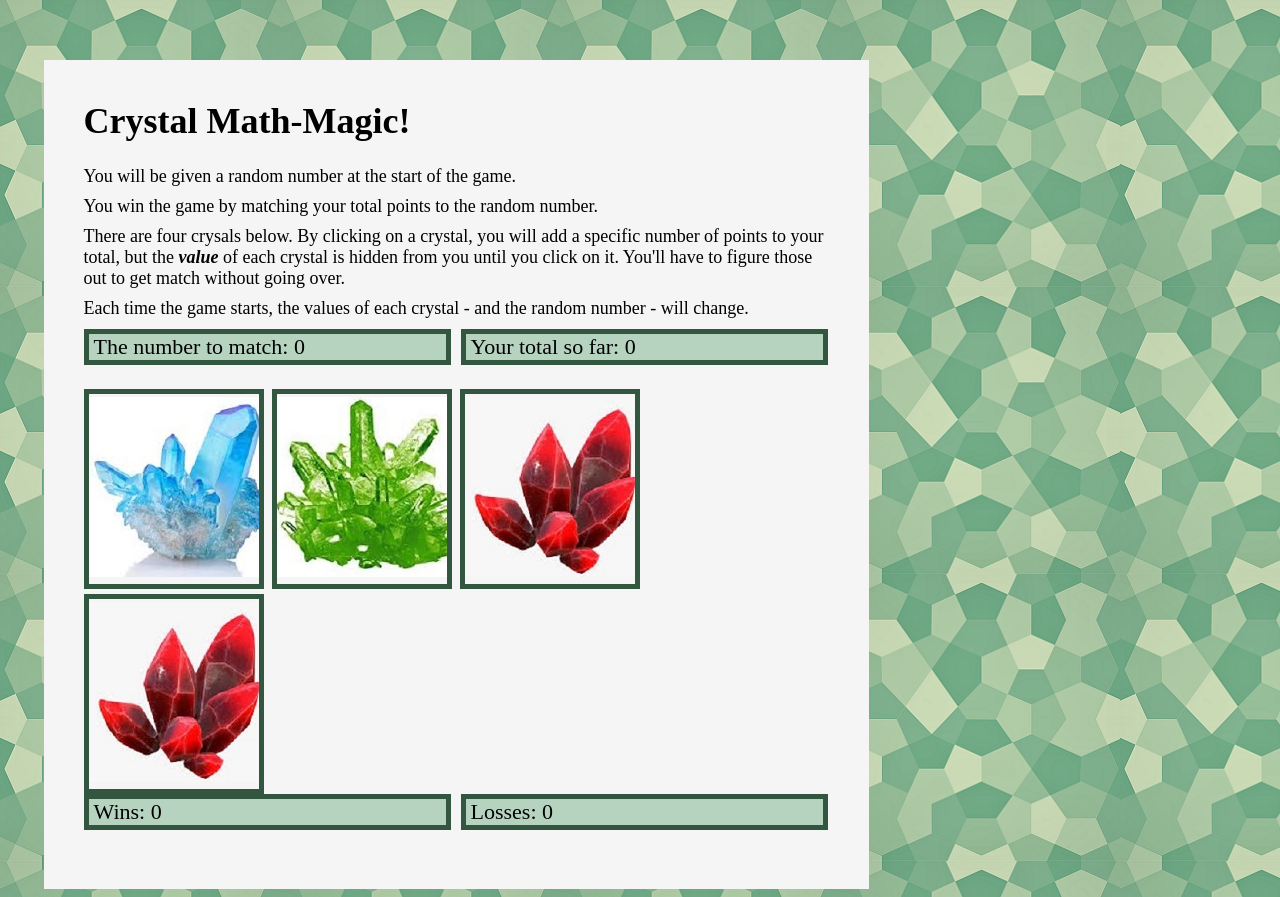
Repository: dsaftler/unit-4-game
Page: index.html
The author's editor kept a copy of each file at every save. The page is drawn from the files as they stood at one save, then again after the next save.
The browser window is 1280 px wide. The pictures show the whole page.
Some web fonts or font styles are not loaded; a fallback is used.

Above is the page before, as saved 2019-04-01 23:56:54.

### index.html
<!DOCTYPE html>
<html lang="en">
<head>
  <meta charset="UTF-8">
  <meta name="viewport" content="width=device-width, initial-scale=1.0">
  <meta http-equiv="X-UA-Compatible" content="ie=edge">
  <link rel="stylesheet" href="assets/css/reset.css">
  <link rel="stylesheet" href="assets/css/style.css">
  <link href="https://fonts.googleapis.com/css?family=BioRhyme" rel="stylesheet">

  <title>Puzzle Crystal matching</title>
</head>
<body>
<div class="container">
  <h1>Crystal Math-Magic!</h1>
  <div class="instructions">
  <p>You will be given a random number at the start of the game.</p>
  <p>You win the game by matching your total points to the random number.</p>
  <p>There are four crysals below.  By clicking on a crystal, you will add a specific number of points to your total, but the <strong><em>value</em></strong> of each crystal is hidden from you until you click on it.  You'll have to figure those out to get match without going over. </p>

  <p>Each time the game starts, the values of each crystal - and the random number - will change.</p>
  </div>

  <div class="scoring-area">
    <div class="half first bordergreen" id="randomTarget">The number to match: 0</div>
    <div class="half second bordergreen" id="currentTotal">Your total so far: 0</div>
  </div>
  <div class="crystal-set">
    <div class="crystal bordergreen clearfix" id="crystal_1"><img src="assets/images/crystal_1.jpg"></div>
    <div class="crystal bordergreen clearfix" id="crystal_2"><img src="assets/images/crystal_2.jpg"></div>
    <div class="crystal bordergreen clearfix" id="crystal_3"><img src="assets/images/crystal_3.jpg"></div>
    <div class="crystal bordergreen clearfix" id="crystal_4"><img src="assets/images/crystal_4.jpg"></div>
  </div>
  <div class="scoring-area">
    <div class="half first bordergreen" id="Wins">Wins: 0</div>
    <div class="half second bordergreen" id="Losses">Losses: 0</div>
  </div>
</div>
    <script src="https://ajax.googleapis.com/ajax/libs/jquery/3.3.1/jquery.min.js"></script>

</body>
</html>

### assets/css/style.css
* {
  box-sizing: border-box;
}
body {
height: 100%;
background-image: url("../images/congruent_pentagon.png");
background-repeat: repeat;
width: 70%;
font-family: 'BioRhyme',serif;
font-size: 18px;
}

h1 {margin-top: 0px;}
p {
  margin-top: 0em;
  margin-bottom: 0.5em;
}
.container{
  background-color: whitesmoke;
  width: 825px;
  padding: 40px;
  margin: auto;
  margin-top: 60px;
  align-content: center;



}
/* .instructions{
  width: 765px;
} */
.scoring-area{
  clear:both;
  /* width:760px; */
  height: 35px;
  margin-bottom: 20px;
  margin-top:10px;
}
.half{
  float: left;
  width: 367px;
  background-color: rgb(182,211,192);
  font-size: 22px;
  padding-left: 5px;

}
.bordergreen {
  border: 5px solid rgb(50, 86, 63)
}
.first {margin-right: 4px;}
.second {margin-left: 6px;}
/* #randomTarget {color: teal;}
#currentTotal {color: teal;} */
.crystal-set{
  /* background-color: #ffffff; */
  height: 230px;
  /* width: 760px; */
  /* padding: 5px; */
  /* padding-left:8px; */
}
.crystal{
  display: block;
  align-content: center;
  float: left;
  height: 200px;
  width: 180px;
  margin-right: 8px;
  margin-right: 8px;
  margin-top: 5px;
}
.clearfix {
  overflow: hidden;
}

Loaded but not shown: assets/css/reset.css (no stored copy; drawn as an empty file)

After the next save:
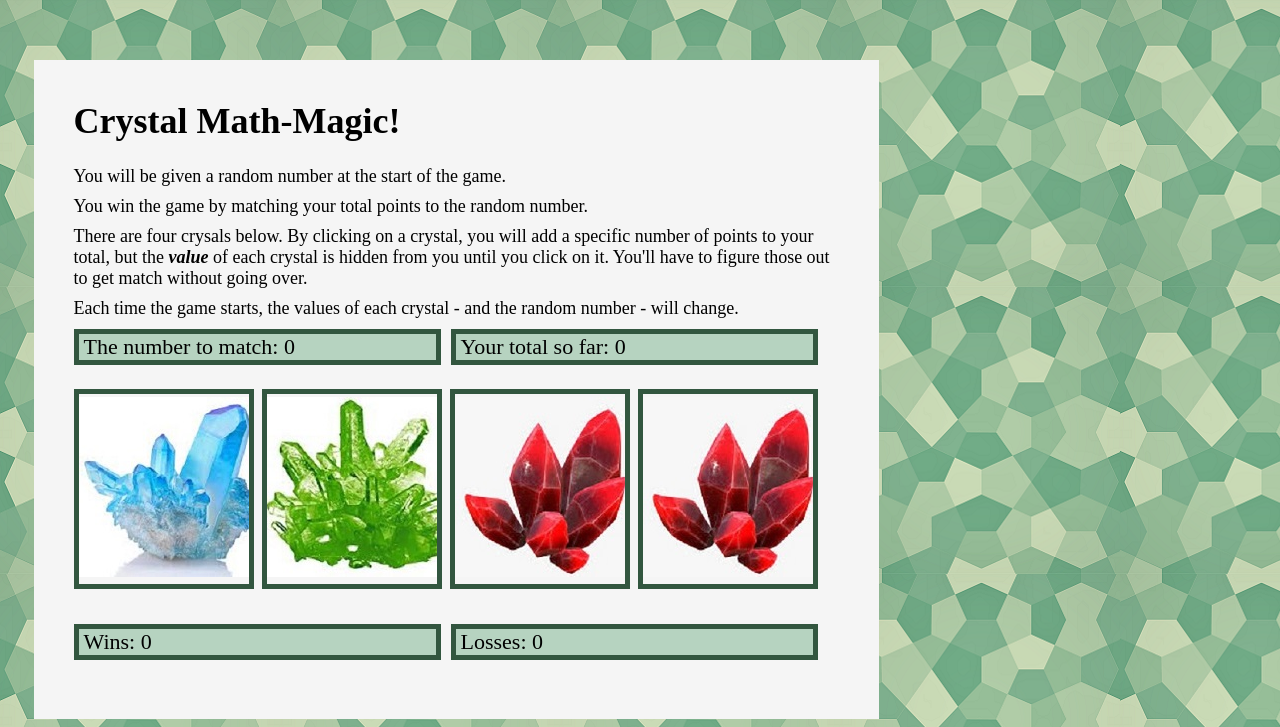
Saved 107 s later.
--- a/assets/css/style.css
+++ b/assets/css/style.css
@@ -17,7 +17,7 @@ p {
 }
 .container{
   background-color: whitesmoke;
-  width: 825px;
+  width: 845px;
   padding: 40px;
   margin: auto;
   margin-top: 60px;
